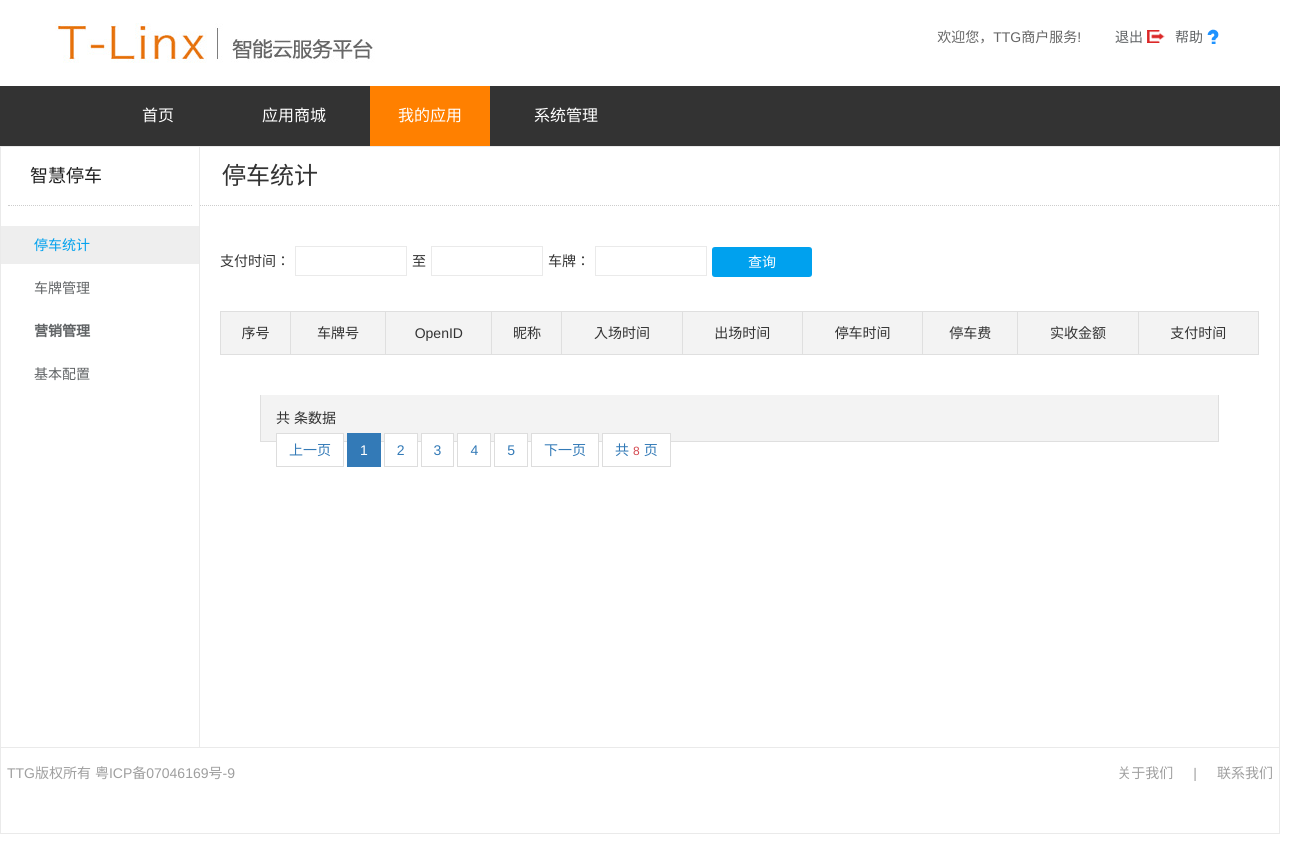
Repository: Keori/ParkCar
Page: admin/商户云/智慧停车/ParkComputed.html
These files come from the project's save history. The page is drawn as it stood at one moment and after the next save; the edit follows.
The browser window is 1280 px wide. The page is 1293 px wide, so the pictures cover 1293 px, including what lies to the right of the window. The pictures show the whole page.
The page's requests for data from a server got no answer.

Above is the page before, as saved 2018-12-24 11:59:29.

After the next save:
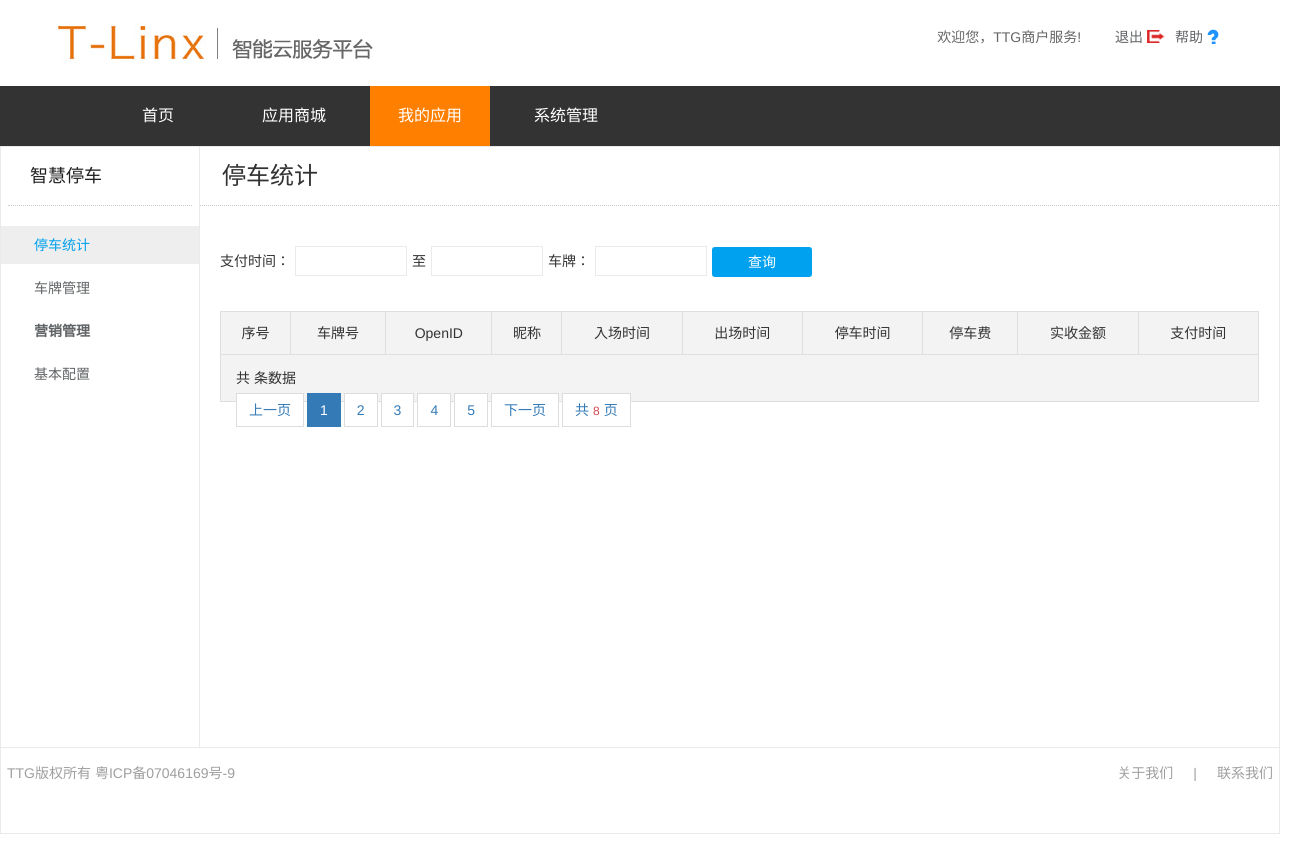
Saved 37 s later.
--- a/admin/商户云/智慧停车/ParkComputed.html
+++ b/admin/商户云/智慧停车/ParkComputed.html
@@ -231,9 +231,6 @@
 <script>
 </script>
 <style>
-.page-bar{
-    margin:40px;
-    }
 ul,li{
     margin: 0px;
     padding: 0px;
